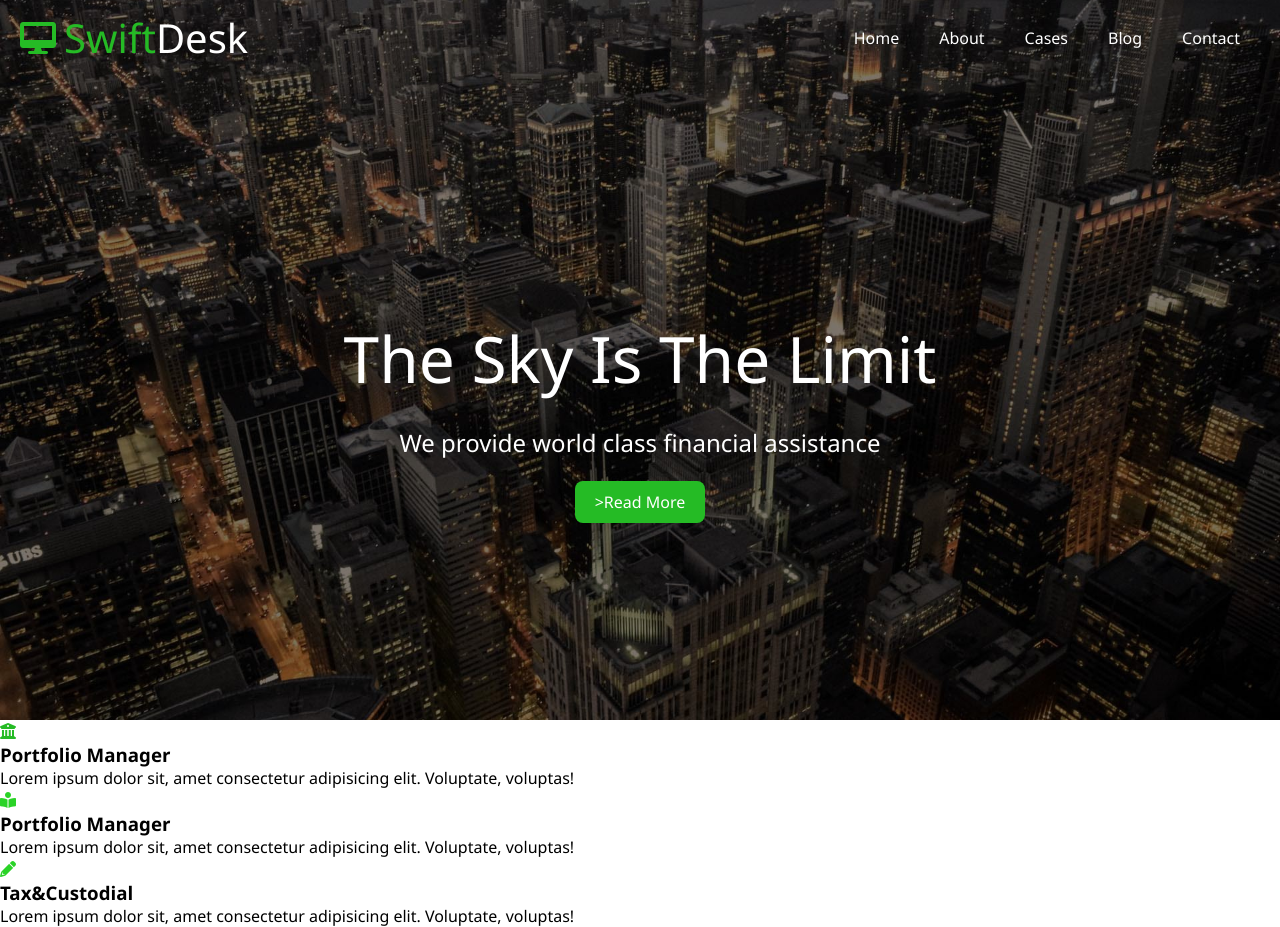
Repository: reemoon-ctrl/swiftdisk-Website-Flexbox
Page: index.html
The author's editor kept a copy of each file at every save. The page is drawn from the files as they stood at one save, then again after the next save.
The browser window is 1280 px wide. The pictures show the whole page.

Above is the page before, as saved 2024-07-26 15:40:23.

### index.html
<!DOCTYPE html>
<html lang="en">
<head>
    <meta charset="UTF-8">
    <meta name="viewport" content="width=device-width, initial-scale=1.0">
    <title>
        Swift Desk
    </title>
    <link rel="stylesheet" href="https://cdnjs.cloudflare.com/ajax/libs/font-awesome/6.0.0-beta3/css/all.min.css">
    <link rel="stylesheet" href="index.css">
    <style>*{
        box-sizing: border-box;
        margin: 0;
        padding: 0;
    }
    body{
       font-family:'Segoe UI', Tahoma, Geneva, Verdana, sans-serif;
    }
    .nav-bar{
        display: flex;
        justify-content:space-between ;
        padding: 10px 20px;
        color:#fff;




    }
    .title-bar{
        align-items: center;
        flex-grow: 1;
        display: flex;
        gap:.5rem;


    }
    .title-bar h1{
        display:inline-block;
        font-weight: 500;
        font-size:2.5rem ;
    }

    .link-bar{

        /* flex-grow:1 ; */
        align-self: center;
        display: flex;
    }
    .link-bar a{
        padding: 10px 20px;
        color:#fff;
        text-decoration: none;

    }
    .fword{
        color:rgb(37, 187, 37);
    }
    .show-case{
       height:100hv;
       text-align: center;
       color:#fff;

       background:  url('img/home/showcase.jpg') no-repeat center center/cover ;
    }
    .hd-content{
        padding-top: 15rem;
    }
    .hd-content h1{
        font-size: 4rem;
        font-weight: 400;
    }
    .hd-content p{
        font-size: 1.5rem;
        padding-top: 1.5rem;
        padding-bottom: 2rem;
    }
    .hd-content a{
        color: #fff;
        background:rgb(37, 187, 37) ;
        padding: 10px 20px;
        border-radius: 8px;
        text-decoration: none;
    }</style>
</head>
<body>
    <div class="show-case">
        <header>
            <div class="nav-bar">
                <div class="title-bar">
                    <i class="fas fa-desktop fa-2x" style="color: rgb(37, 187, 37)"></i>
                    <h1 class="title"><span class="fword"> Swift</span>Desk</h1>
                </div>
                <div class="link-bar">
                    <a href="">Home</a>
                    <a href="">About</a>
                    <a href="">Cases</a>
                    <a href="">Blog</a>
                    <a href="">Contact</a>
                </div>
            </div>
        </header>
        <header class="hd-content">
            <h1>The Sky Is The Limit</h1>
            <p>We provide world class financial assistance
            </p>
            <a href="">>Read More</a>

        </header>

    </div>
    <main>
        <div class="about-section">
            <ul class="about-srvice" >
                <li><i class="fa-solid fa-building-columns" style="color: #25bb25 ;"></i>
                <h3>Portfolio Manager</h3>
                <p>Lorem ipsum dolor sit, amet consectetur adipisicing elit. Voluptate, voluptas!</p>
                </li>
                <li><i class="fa-solid fa-book-open-reader" style="color: #2ad327;"></i><h3>Portfolio Manager</h3>
                    <p>Lorem ipsum dolor sit, amet consectetur adipisicing elit. Voluptate, voluptas!</p></li>
                <li><i class="fa-solid fa-pencil" style="color: #2ad327;"></i><h3>Tax&Custodial</h3>
                    <p>Lorem ipsum dolor sit, amet consectetur adipisicing elit. Voluptate, voluptas!</p></li>
            </ul>
        </div>

    </main>


</body>
</html>

### index.css
*{
    box-sizing: border-box;
    margin: 0;
    padding: 0;
}
body{

}
.nav-bar{
    display: flex;
    justify-content:space-between ;
    padding: 10px 20px;
    color:#fff;




}
.title-bar{
    align-items: center;
    flex-grow: 1;
    display: flex;
    gap:.5rem;


}
.title-bar h1{
    display:inline-block;
    font-size:2.5rem;
    font-weight: 400;
}

.link-bar{

    /* flex-grow:1 ; */
    align-self: center;
    display: flex;
}
.link-bar a{
    padding: 10px 20px;
    color:#fff;
    text-decoration: none;


}
.link-bar a:hover{
    border-bottom: 1px #25bb25 solid;
}
.fword{
    color:#25bb25;
}
.show-case{
   height:100vh;
   text-align: center;
   color:#fff;

   background:  url('img/home/showcase.jpg') no-repeat center center/cover ;
}
.hd-content{
    padding-top: 18rem;
}
.hd-content h1{
    font-size: 3rem;
}
.hd-content p{
    font-size: 1.5rem;
    padding-top: .8rem;
    padding-bottom: .8rem;
}
.hd-content a{
    color: #fff;
    background:rgb(69, 199, 69) ;
    padding: 10px 30px;
    border-radius: 5px;
    text-decoration: none;
    text-align: center;
}
ul .about-srvice li{
    display: flex;
}

After the next save:
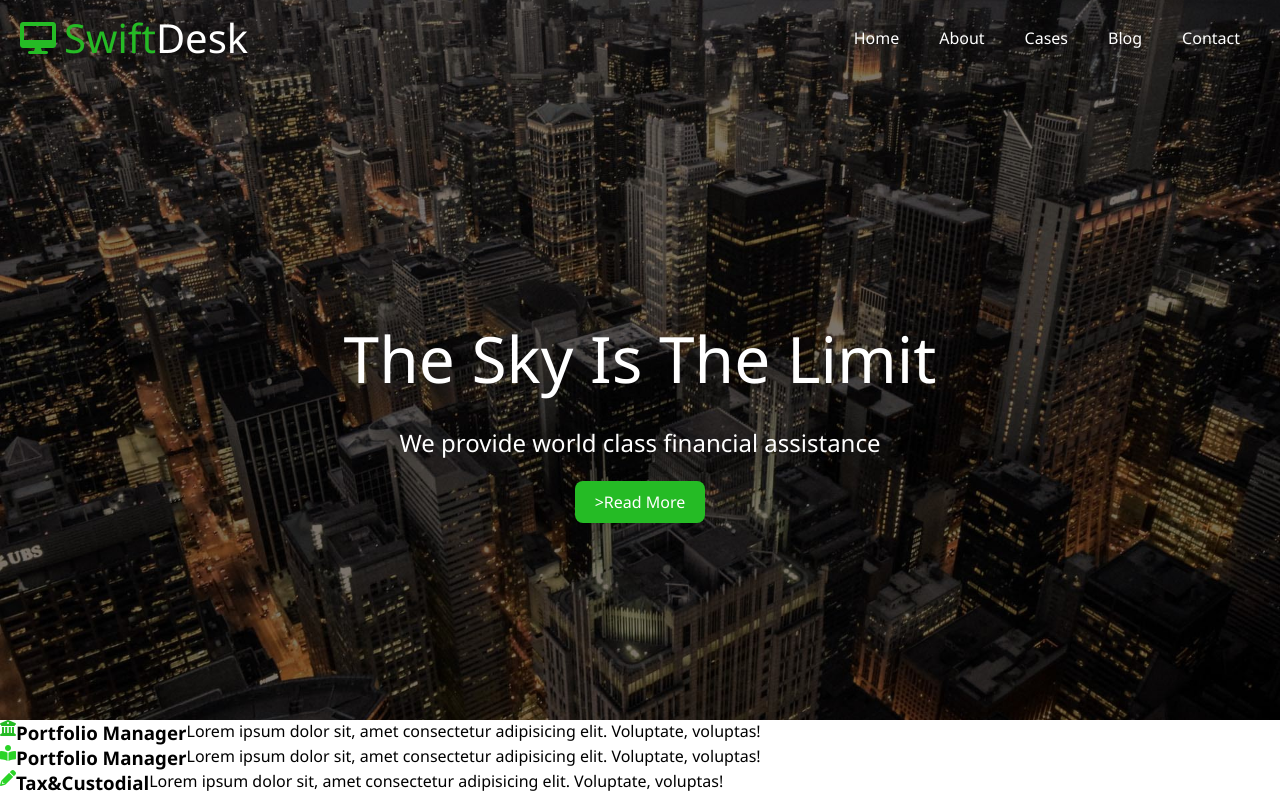
Saved 23 s later.
--- a/index.css
+++ b/index.css
@@ -75,6 +75,6 @@ body{
     text-decoration: none;
     text-align: center;
 }
-ul .about-srvice li{
+.about-srvice li{
     display: flex;
 }
